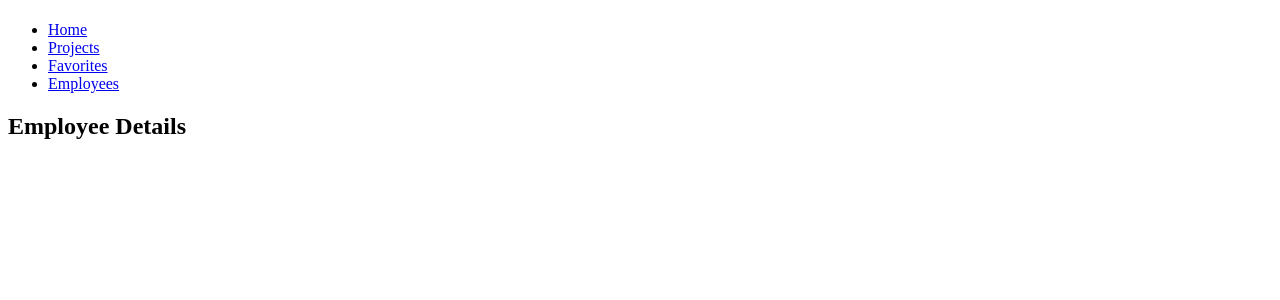
Repository: Kayla-amr/workApp
Page: client/employee.html
An editor plug-in stored every save of this project. The page is shown before and after the next save, followed by the edit.
The browser window is 1280 px wide. The pictures show the whole page.
The page's requests for data from a server got no answer.

Above is the page before, as saved 2023-12-08 11:50:40.

After the next save:
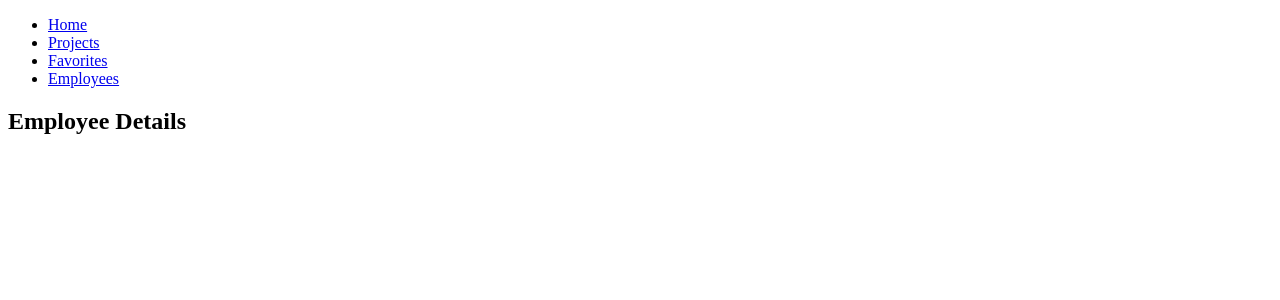
Saved 76 s later.
--- a/client/employee.html
+++ b/client/employee.html
@@ -7,16 +7,15 @@
 </head>
 <body>
 <div class="app">
-    <h1></h1>
-
-    <nav>
-        <ul>
-            <li><a href="./index.html">Home</a></li>
-            <li><a href="./projects.html">Projects</a></li>
-            <li><a href="./favorites.html">Favorites</a></li>
-            <li><a href="./employees.html">Employees</a></li>
-        </ul>
-    </nav>
+    <div>
+        <nav>
+            <ul>
+                <li><a href="./index.html">Home</a></li>
+                <li><a href="./projects.html">Projects</a></li>
+                <li><a href="./favorites.html">Favorites</a></li>
+                <li><a href="./employees.html">Employees</a></li>
+            </ul>
+    </div>
 
     <div>
         <h2>Employee Details</h2>
